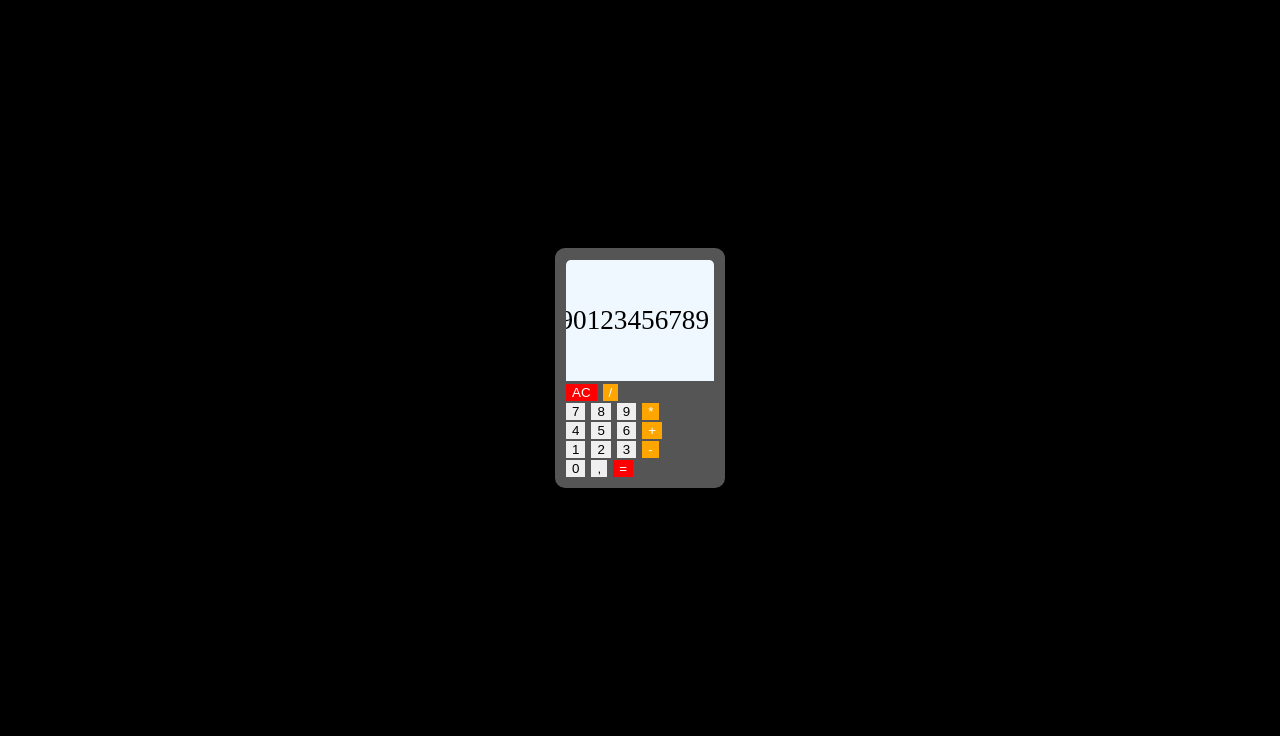
Repository: andersonxoliveira/Aplicacao_Calculadora
Page: /
The author's editor kept a copy of each file at every save. The page is drawn from the files as they stood at one save, then again after the next save.
The browser window is 1280 px wide. The pictures show the whole page.
The project was rebuilt for these pictures with package versions that can differ from the ones it lists, and the page was loaded fresh each time. Also part of the build but not shown: svelte.config.js, vite.config.ts.

Above is the page before, as saved 2022-06-26 18:56:51.

### src/App.svelte
<script lang="ts">
import Calculadora from "./components/Calculadora.svelte";


</script>

<main>
        <Calculadora />
</main>

<style>
:global(body) {
  background-color: black;
}

  :root {
    --cor-fundo: #555 ;
    font-family: -apple-system, BlinkMacSystemFont, 'Segoe UI', Roboto, Oxygen,
      Ubuntu, Cantarell, 'Open Sans', 'Helvetica Neue', sans-serif,;
  }

  main {
   display: flex;
   justify-content: center;
   align-items: center;
   height:  100vh;
  }

</style>

### src/components/Calculadora.svelte
<script lang="ts">
import Botao from "./Botao.svelte";
import Display from "./Display.svelte";
import Linha from "./Linha.svelte";


function numeroDigitado(numero: string) {
  console.log(numero)
}

</script>
<div class="calculadora">
 <Display valor="01234567890123456789"/>
  <Linha >
    <Botao destaque triplo texto="AC"/>
    <Botao operacao texto="/"/>
</Linha>
  <Linha >
             <Botao texto="7" onClick={numeroDigitado} />
             <Botao texto="8" onClick={numeroDigitado} />
              <Botao texto="9" onClick={numeroDigitado} />
              <Botao operacao texto="*"/>
      </Linha>
      <Linha >
        <Botao texto="4"/>
        <Botao texto="5"/>
         <Botao texto="6"/>
         <Botao operacao texto="+"/>
 </Linha>
 <Linha >
  <Botao texto="1"/>
  <Botao texto="2"/>
   <Botao texto="3"/>
   <Botao operacao texto="-"/>
</Linha>
<Linha >
  <Botao duplo texto="0"/>
  <Botao texto=","/>
   <Botao destaque texto="="/>
  </Linha>
</div>

<style>
      .calculadora {
        background-color: var(--cor-fundo);
        height:  220px;
        width:  150px;
        padding:  10px;
        border-radius:  10px;

        display: flex;
        flex-direction:  column;
      }
</style>

### src/components/Botao.svelte
<script lang="ts">
import { text } from "svelte/internal";


      export let texto: string
      export let triplo: boolean = false
      export let duplo: boolean = false
      export let operacao: boolean = false
      export let destaque: boolean = false
      export let onClick: (valor: string) => void = () =>
      {}
</script>

<button class= "botao"
on:click={() => onClick(texto)}
class:triplo class:duplo class:operacao class:destaque>
{texto}
</button>

<style>
        .botao {
            margin:  0;
            border:  1px solid var(--cor-fundo);
              flex-basis:  25%;
        }

          .triplo {
            flex-basis:  75%;
          }

          .duplo {
            flex-basis:  50%;
          }

          .operacao {
           background-color: orange;
           color: white;
          }

          .destaque {
            background-color: red;
            color: white;
          }
</style>

### src/components/Display.svelte
<script lang="ts">
      export let valor: string

      $: tamanhoFonte = valor.length > 20 ? 'pequena' : `s-${valor}`
</script>

<div class={`tela ${tamanhoFonte}`}>
        <span>{valor}</span>
</div>

<style>
  .tela {
    display: flex;
    flex: 1;
    justify-content: flex-end;
    align-items: center;
    padding: 0px 5px;
    font-size: 1.7rem;
    background-color: aliceblue;
    overflow: hidden;
    margin: 2px 1px;
    border-top-right-radius: 5px;
    border-top-left-radius: 5px;
  }

  .s-10 { font-size: 1.4rem;}
  .s-11 { font-size: 1.35rem;}
  .s-12 { font-size: 1.25rem;}
  .s-13 { font-size: 1.15rem;}
  .s-14 { font-size: 1.07rem;}
  .s-15 { font-size: 1.0rem;}
  .s-16 { font-size: 0.93rem;}
  .s-17 { font-size: 0.87rem;}
  .s-18 { font-size: 0.83rem;}
  .s-19 { font-size: 0.78rem;}
  .s-20 { font-size: 0.74rem;}

  .pequena { font-size: 0.6rem ;}
  </style>

### src/components/Linha.svelte
<div class="linha">
        <slot />
</div>

<style>
      .linha {
        display: felx;
      }
</style>

Loaded but not shown: index.html (common file); src/main.ts (common file)

After the next save:
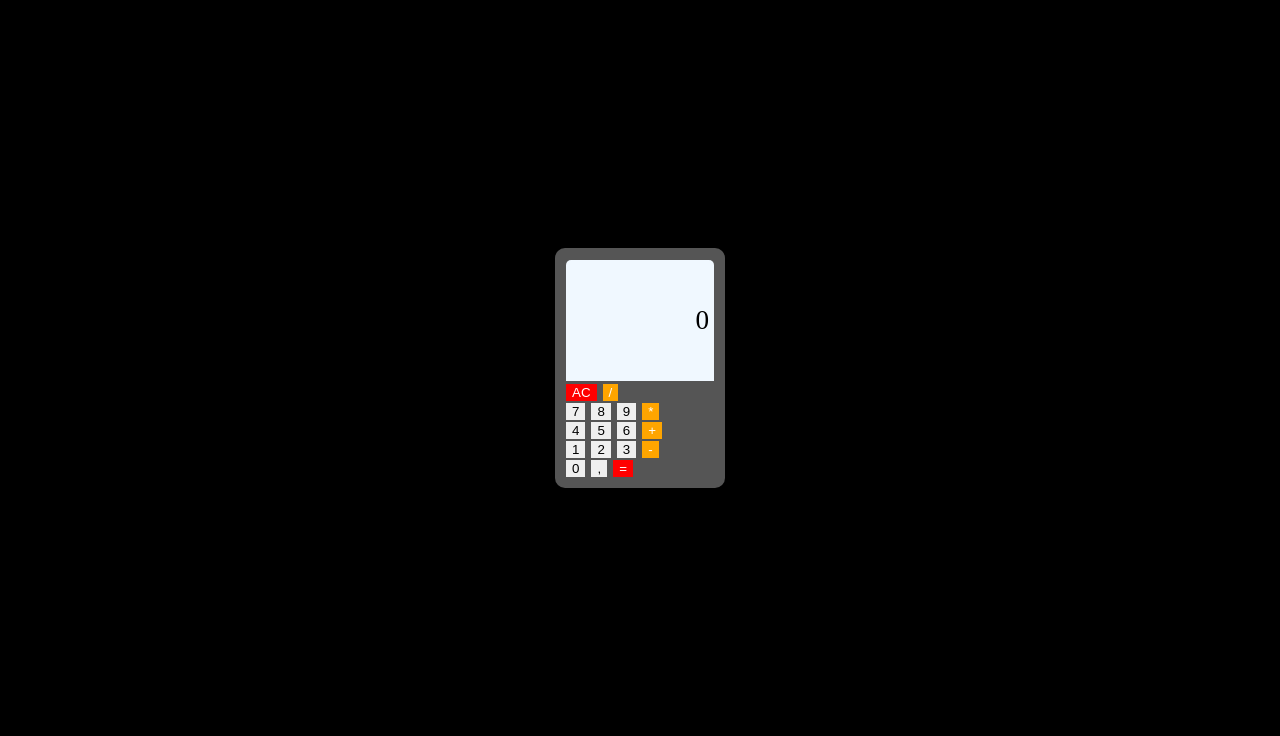
Saved 17 s later.
--- a/src/components/Calculadora.svelte
+++ b/src/components/Calculadora.svelte
@@ -10,7 +10,7 @@ function numeroDigitado(numero: string) {
 
 </script>
 <div class="calculadora">
- <Display valor="01234567890123456789"/>
+ <Display valor="0"/>
   <Linha >
     <Botao destaque triplo texto="AC"/>
     <Botao operacao texto="/"/>
